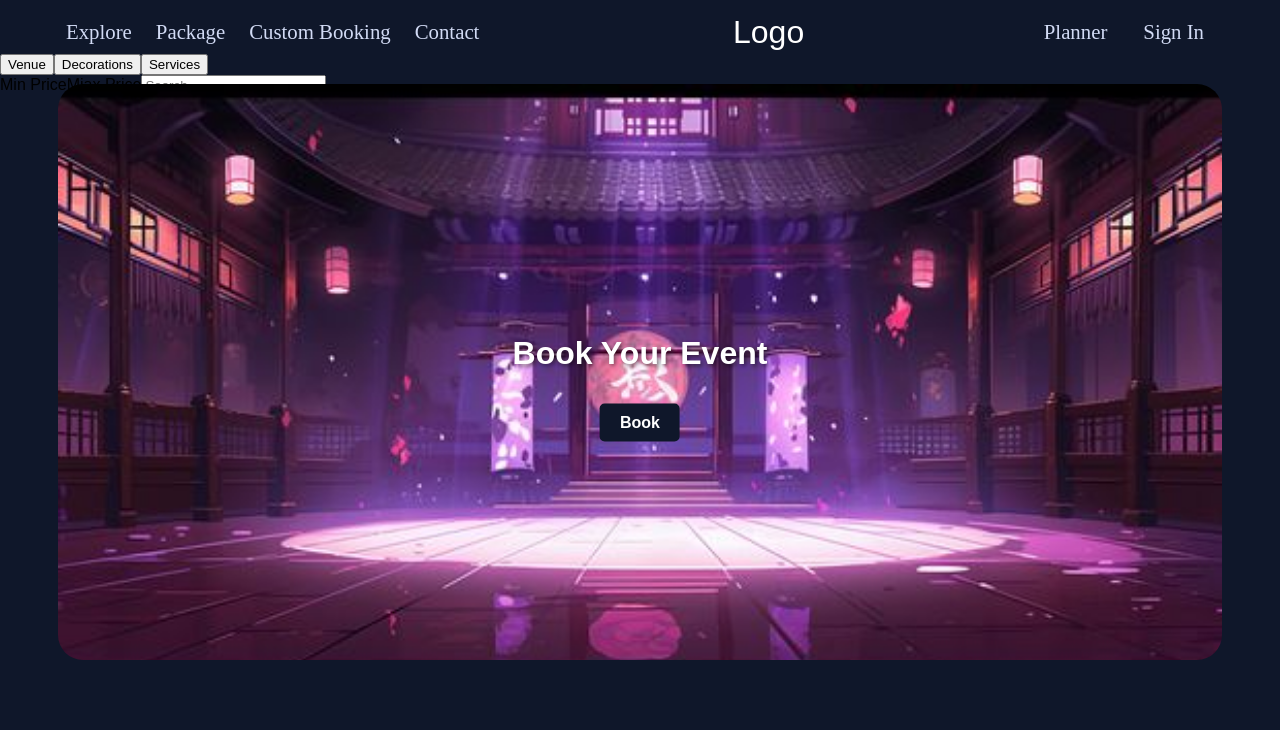
Repository: Demonster-01/Event-Management
Page: / (app in EventOrg/)
These files come from the project's save history. The page is drawn as it stood at one moment and after the next save; the edit follows.
The browser window is 1280 px wide. The pictures show the whole page.
Some web fonts or font styles are not loaded; a fallback is used. The project was rebuilt for these pictures with package versions that can differ from the ones it lists, and the page was loaded fresh each time. Also part of the build but not shown: EventOrg/vite.config.js, EventOrg/src/components/Slideshow.jsx.

Above is the page before, as saved 2024-11-08 20:40:48.

After the next save:
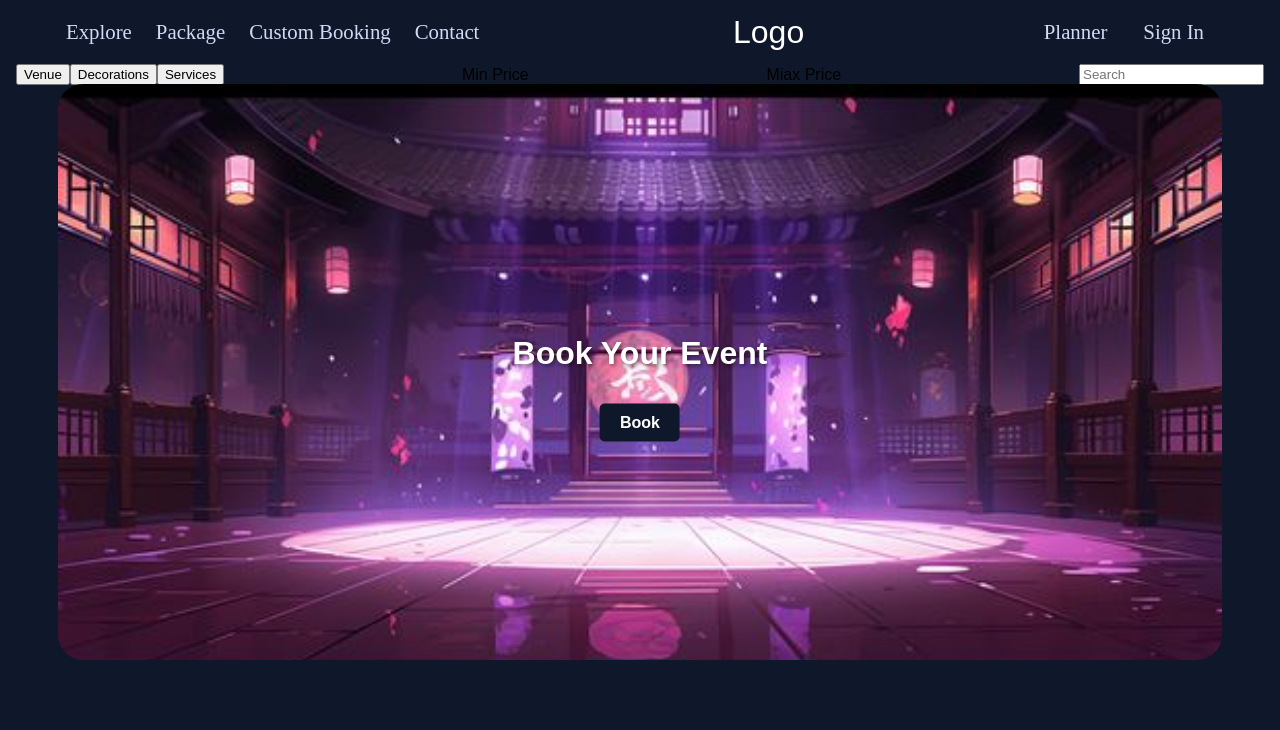
Saved 24 s later.
--- a/EventOrg/src/components/Filter_service.jsx
+++ b/EventOrg/src/components/Filter_service.jsx
@@ -2,7 +2,7 @@
 
 export default function Filter_service() {
   return (
-    <div>
+    <div className={styles.container}>
       <div>
         <button>Venue</button>
         <button>Decorations</button>
